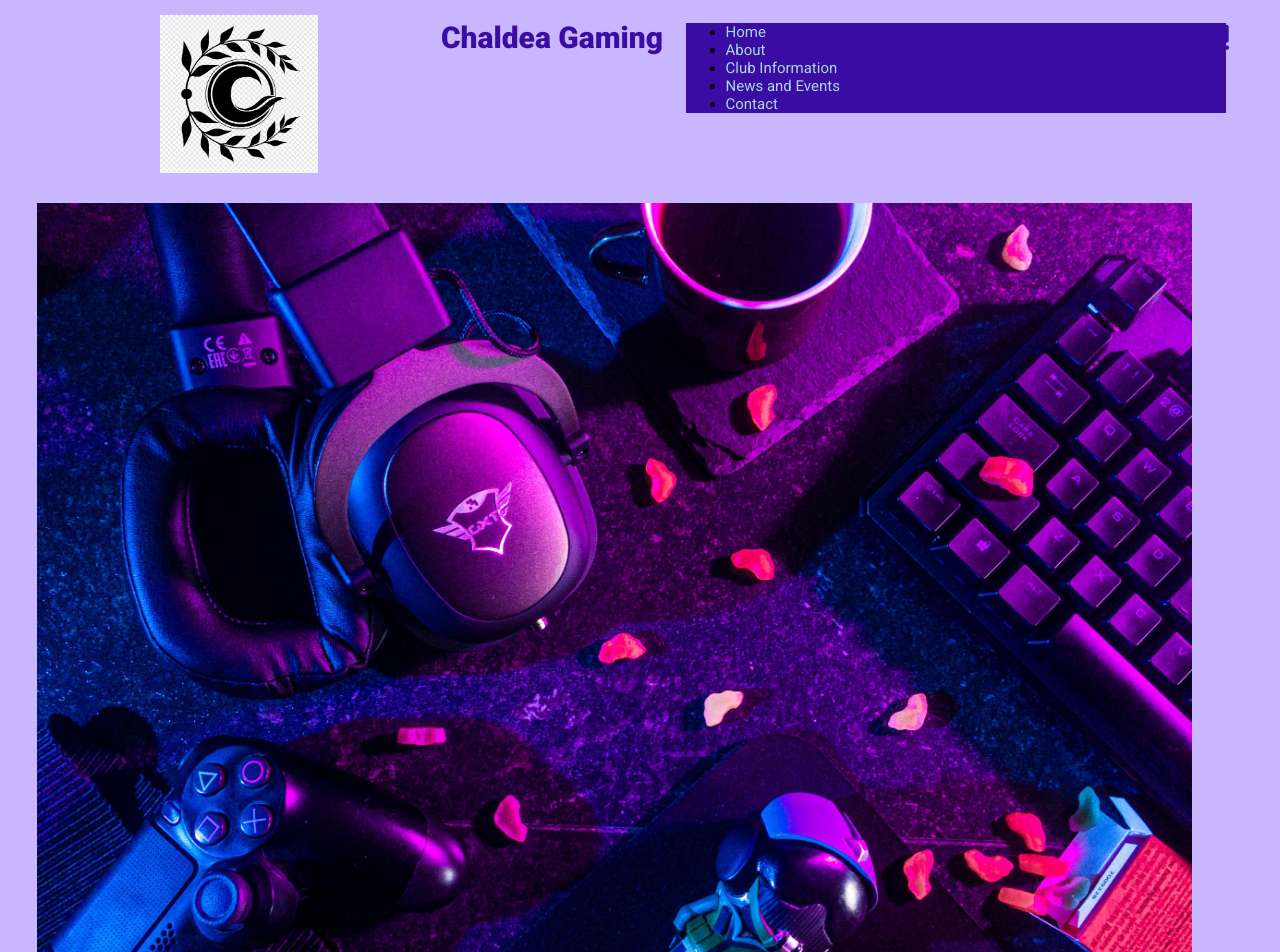
Repository: NyleNC/School-Projects
Page: Hmtl and CSS project/Contact.html
An editor plug-in stored every save of this project. The page is shown before and after the next save, followed by the edit.
The browser window is 1280 px wide. The pictures show the part of the page from y = 0 to 952 px (the page is 1970 px tall before and 2055 px after).
The pointer rests on the first visible `.main-nav`.
A picture or video elsewhere on the page could not be fetched, so the positions and the page height are approximate. Some web libraries are served in a nearby version.

Above is the page before, as saved 2025-01-05 14:10:06.

After the next save:
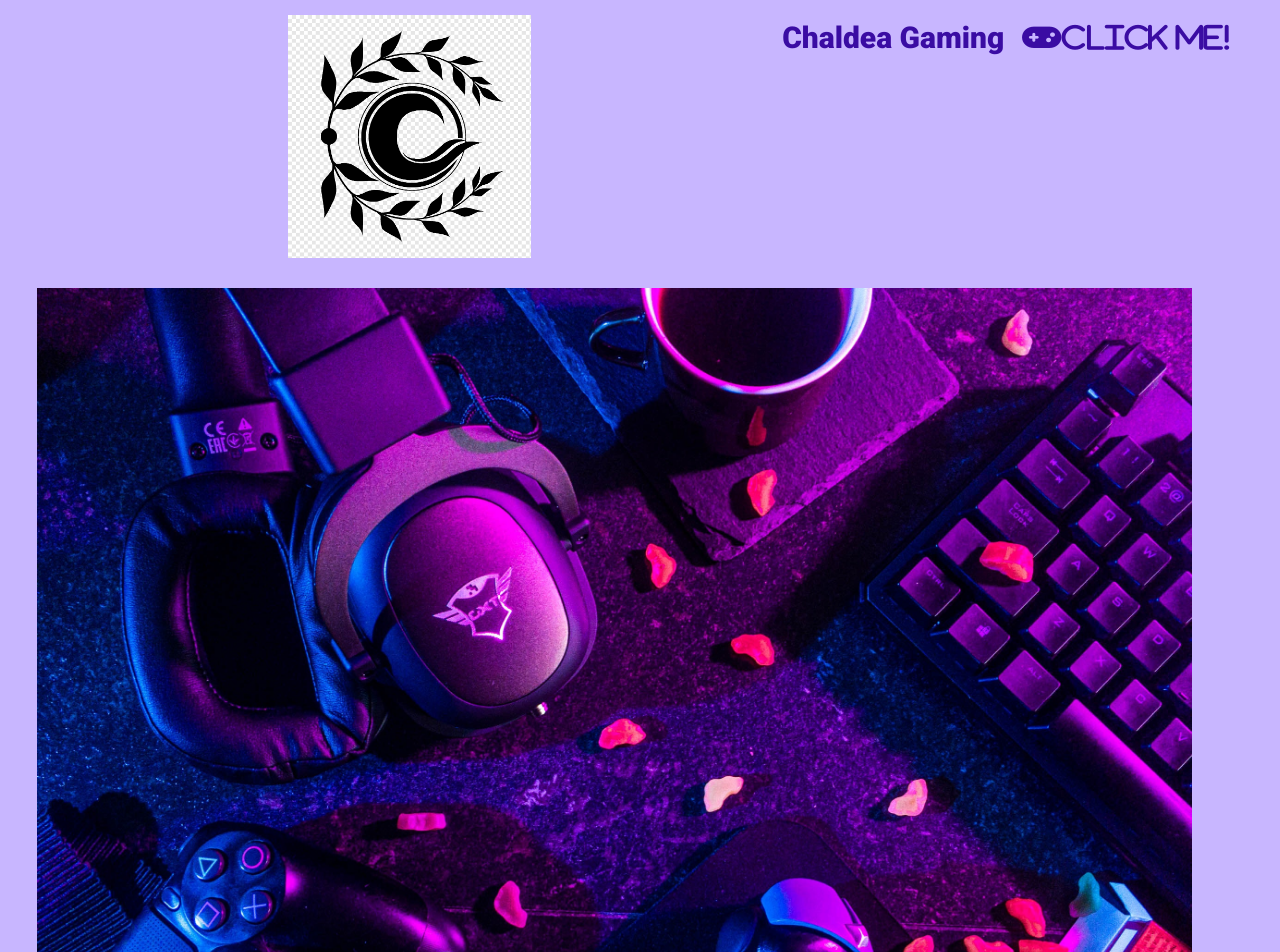
Saved 39 s later.
--- a/Hmtl and CSS project/Style.css
+++ b/Hmtl and CSS project/Style.css
@@ -64,9 +64,7 @@ img {
 .main-nav a:hover{
      background-color: #4cc9f0
 }
-.main-nav:hover ul{
-	display: block;
-}
+
 i{
     float: right;
     margin-top: 15px;
